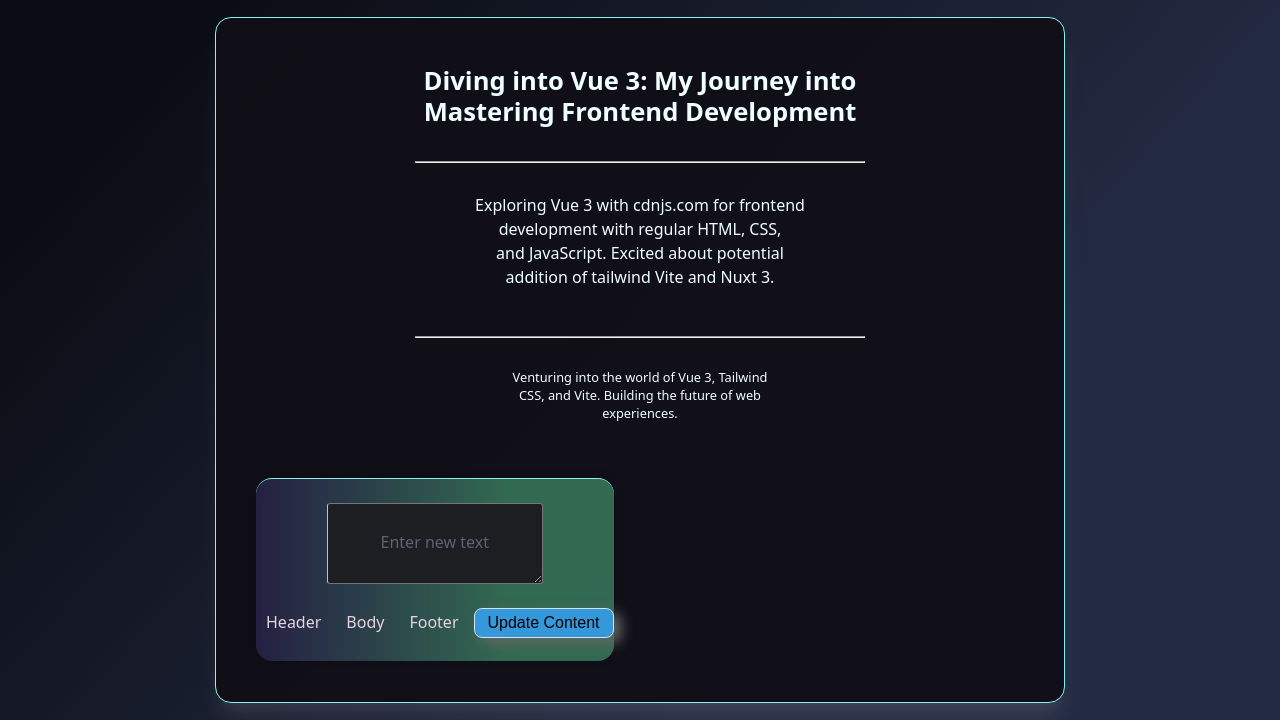
Repository: Freezler/AnnounceCraft
Page: index.html
The author's editor kept a copy of each file at every save. The page is drawn from the files as they stood at one save, then again after the next save.
The browser window is 1280 px wide. The pictures show the whole page.

Above is the page before, as saved 2024-01-22 15:56:59.

### index.html
<!DOCTYPE html>
<html lang="en">

<head>
	<meta charset="UTF-8" />
	<meta name="viewport" content="width=device-width, initial-scale=1.0" />
	<title>Shopping List App</title>
	<link rel="stylesheet" href="style.css" />
</head>

<body>
	<section id="shopping-list">

		<div class="content">
			<h1 @click="updateSelectedType('Header'); updateSelectedText(header)">{{ header }}</h1>
			<hr>
			<p @click="updateSelectedType('Body'); updateSelectedText(body)">{{ body }}</p>
			<hr>
			<h4 @click="updateSelectedType('Footer'); updateSelectedText(footer)">{{ footer }}</h4>
		</div>
		<div class="choice-box">
			<textarea v-model="selectedText" type="text" minlength="10" maxlength="400" required
				placeholder="Enter new text"></textarea>
			<div class="radio-container">
				<input class="btn" type="radio" id="header" value="Header" v-model="selectedType"
					@change="updateTempContent">
				<label for="header">Header</label>
				<input class="btn" type="radio" id="body" value="Body" v-model="selectedType"
					@change="updateTempContent">
				<label for="body">Body</label>
				<input class="btn" type="radio" id="footer" value="Footer" v-model="selectedType"
					@change="updateTempContent">
				<label for="footer">Footer</label>
				<button @click="updateText" class="btn">Update Content</button>
			</div>
		</div>
	</section>
	<script src="https://unpkg.com/vue@3"></script>
	<script src="app.js"></script>
</body>

</html>

### style.css
body {
    margin: 0;
    padding: 0;
    font-family: system-ui, -apple-system, BlinkMacSystemFont, 'Segoe UI', Roboto, Oxygen, Ubuntu, Cantarell, 'Open Sans', 'Helvetica Neue', sans-serif;
    background: linear-gradient(132.1deg, rgb(11, 13, 20) 11.4%, rgb(35, 43, 67) 70.2%);
    color: azure;
    text-align: center;
    height: 100vh;
    display: flex;
    flex-direction: column;
    justify-content: space-evenly;
    align-items: center;

}

section {
    height: 95%;
    border: 0.6px solid #8af1ec;
    border-radius: 16px;
    padding:0 40px;
    max-width: 60vw;
    background-color: hsla(255, 21%, 7%, 0.9);
    text-align: center;
    position: absolute;
    box-shadow: rgba(223, 225, 240, 0.1) 0px 20px 25px -5px, rgba(228, 225, 225, 0.05) 0px 10px 10px -5px;
}

h1 {
    font-size: clamp(0.9rem, 2vw, 1.7rem);
    line-height: 1.2;
    padding-bottom: 1.2rem;
    width: 32ch;
    margin: 16px auto -16px;
    word-wrap: pretty;
}

h1:hover {

    transform: scale(1.05);
    color: hsla(219, 87%, 27%, 0.9);
    transition: all 5s cubic-bezier(0.215, 0.610, 0.355, 1);
    text-align: center;
    margin:0 auto;
    padding:0;
}

h4 {
    font-size: clamp(0.3rem, 2vw, 0.8rem);
    font-weight: 100;
    width: 35ch;
    vertical-align: middle;
    margin: 0 auto;
    padding-bottom: 24px;
    text-align: center;
    word-wrap: balanced;
}

p {
    font-size: clamp(0.6rem, 2vw, 1rem);
    line-height: 1.6;
    width: 45ch;
    line-height: 1.5;
    margin: 0 auto;
    padding: 0px 0px 1rem;
    text-wrap: balance;
    text-align: center;
}

hr {

    width: 35vw;
    align-self: center;

}

label {
    display: block;
    color: #e6d5e0;
}

.radio-container input[type="radio"] {
    display: none;

}

.radio-container input[type="radio"]:hover {
    background: #b984e8;

}

.radio-container input[type="radio"]+label {
    display: inline-block;
    padding: 5px 10px;

    border-radius: 8px;
    margin-right: 5px;
    cursor: pointer;
}

.radio-container input[type="radio"]:checked+label {
    background-color: #e0e0e0;
    color: rgb(40, 4, 4);
}

.content {
    display: flex;
    flex-direction: column;
    gap: clamp(1.4rem, 1vw, 2rem);
    width: 60vw;
    ;
    padding: 2rem 0;
}

.choice-box {
    position: absolute;

    background-position: center;
    background-image: url('https://images.unsplash.com/photo-1515325915697-9279b4f7effc?q=80&w=2532&auto=format&fit=crop&ixlib=rb-4.0.3&ixid=M3wxMjA3fDB8MHxwaG90by1wYWdlfHx8fGVufDB8fHx8fA%3D%3D');
    background: linear-gradient(90deg, hsla(249, 83%, 67%, 0.2), hsla(249, 83%, 67%, 0.2)0 0%, hsla(149, 83%, 67%, 0.4)70%);
    display: flex;
    flex-direction: column;
    gap: 8px;
    justify-content: space-between;
    break-before: always;
    margin: 0 auto;

    border-top: 0.6px solid #8af1ec;
    border-radius: 16px;

    padding-top: 24px;
    padding-bottom: 16px;


    backdrop-filter: blur(1px);

    box-shadow: 0 0 10px rgba(0, 0, 0, 0.2);
    max-width: 100%;

    textarea {
        width: 60%;
        color: rgb(233, 232, 243);
        background-color: #1c1e21;
        border-left: 1px solid #64f3b7;
        border-radius: 3px;
        font-size: 16px;
        font-family: system-ui, -apple-system, BlinkMacSystemFont, 'Segoe UI', Roboto, Oxygen, Ubuntu, Cantarell, 'Open Sans', 'Helvetica Neue', sans-serif;
        margin: 0 auto;
       padding: 16px 0px;
       padding-top: 1.2rem;
       text-align: center;
            justify-content: baseline;
        overflow: hidden;
        outline: none;
        vertical-align: middle;

        &::placeholder {
            color: rgb(97, 96, 118);
            text-align: center;
            justify-content: baseline;
            padding-top: 0.5rem;
        }

        &:focus {
            border-color: #f0f3f6;
            box-shadow: 0 0 0 0.1rem rgba(255, 0, 76, 0.65);
            text-align: center;

        }

        &::valid {
            background-color: #28924b;
        }
    }
}

.btn {
    -webkit-border-radius: 4;
    -moz-border-radius: 4;
    border-radius: 8px;
    -webkit-box-shadow: 7px 5px 13px #666666;
    -moz-box-shadow: 7px 5px 13px #666666;
    box-shadow: 7px 5px 13px #666666;
    color: #000000;
    font-size: 16px;
    background: #3498db;
    padding: 5px 10px;
    border: solid #d0e5f2 1px;
    text-decoration: none;
    width: 140px;
    margin: 1rem auto .4rem;
}

.btn:hover {
    background: #b984e8;
    text-decoration: none;
}

### app.js
const shoppingList = Vue.createApp({
    /**
     * Returns an object with header, body, footer, selectedText, selectedType, and tempContent properties.
     *
     * @return {Object} The object containing header, body, footer, selectedText, selectedType, and tempContent properties.
     */
    data() {
        return {
            header: "Diving into Vue 3: My Journey into Mastering Frontend Development",
            body: "Exploring Vue 3 with cdnjs.com for frontend development with regular HTML, CSS, and JavaScript. Excited about potential addition of tailwind  Vite and Nuxt 3.",
            footer: "Venturing into the world of Vue 3, Tailwind CSS, and Vite. Building the future of web experiences.",
            selectedText: "",
            selectedType: "",
            tempContent: { type: "", text: "" }
        };
    },
    methods: {
        /**
         * Updates the temporary content based on the selected type and text.
         */
        updateTempContent() {
            if (this.selectedText === "") {
                this.selectedType = "";
                alert("Please enter text first");
            } else {
                if (this.selectedType !== undefined) {
                    this.tempContent.type = this.selectedType;
                }
                if (this.selectedText !== undefined) {
                    this.tempContent.text = this.selectedText;
                }
            }
        },

        /**
         * Updates the header, body, and footer based on the type and text from this.tempContent.
         */
        updateText() {
            const { type, text } = this.tempContent;
            if (type === "Header") {
                this.header = text;
            }
            if (type === "Body") {
                this.body = text;
            }
            if (type === "Footer") {
                this.footer = text;
            }
            this.selectedType = "";
            this.selectedText = "";
        }
    }
}).mount("#shopping-list");

After the next save:
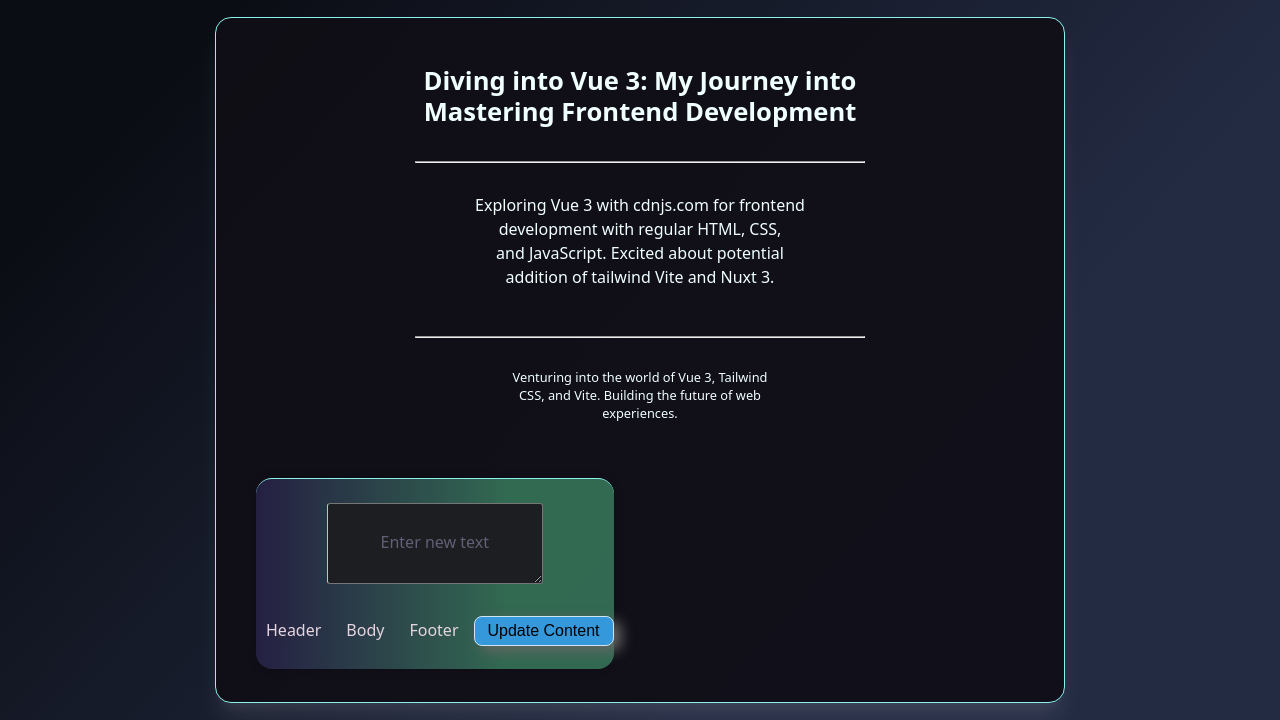
Saved 10 s later.
--- a/style.css
+++ b/style.css
@@ -119,7 +119,7 @@
     background: linear-gradient(90deg, hsla(249, 83%, 67%, 0.2), hsla(249, 83%, 67%, 0.2)0 0%, hsla(149, 83%, 67%, 0.4)70%);
     display: flex;
     flex-direction: column;
-    gap: 8px;
+    gap: 16px;
     justify-content: space-between;
     break-before: always;
     margin: 0 auto;

After the save that followed:
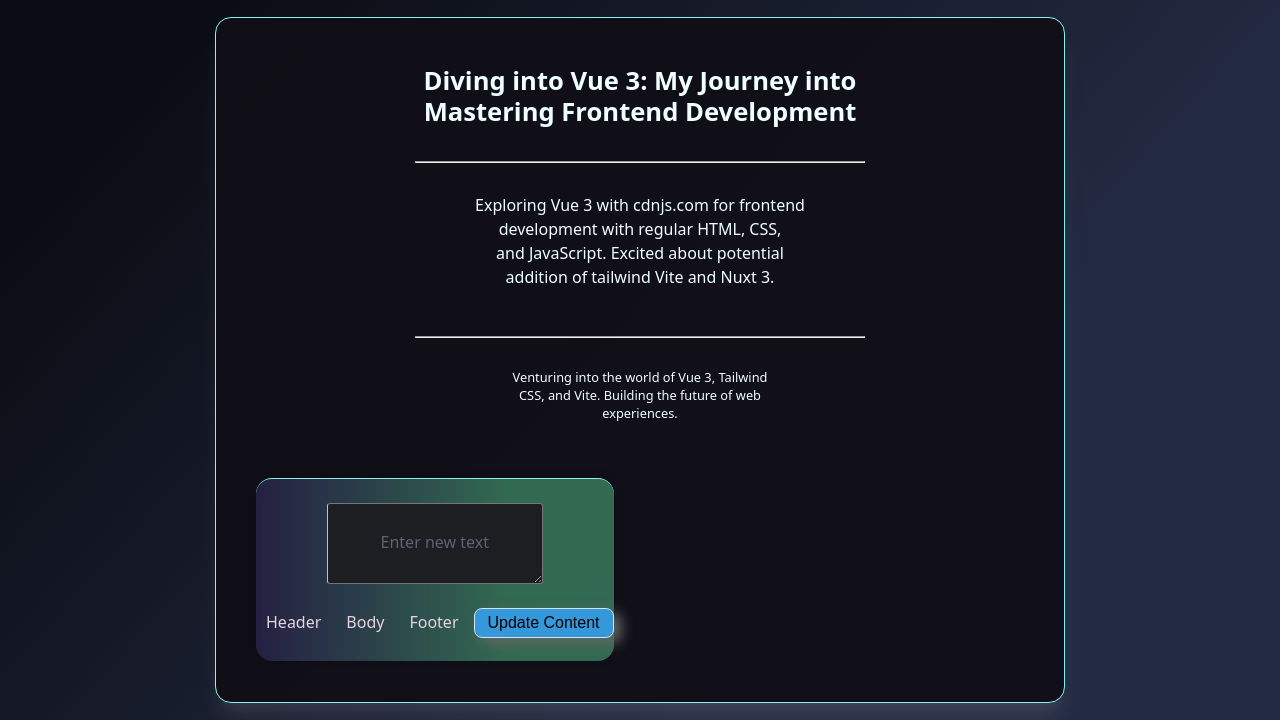
Saved 5 s later.
--- a/style.css
+++ b/style.css
@@ -119,7 +119,7 @@
     background: linear-gradient(90deg, hsla(249, 83%, 67%, 0.2), hsla(249, 83%, 67%, 0.2)0 0%, hsla(149, 83%, 67%, 0.4)70%);
     display: flex;
     flex-direction: column;
-    gap: 16px;
+    gap: 8px;
     justify-content: space-between;
     break-before: always;
     margin: 0 auto;
